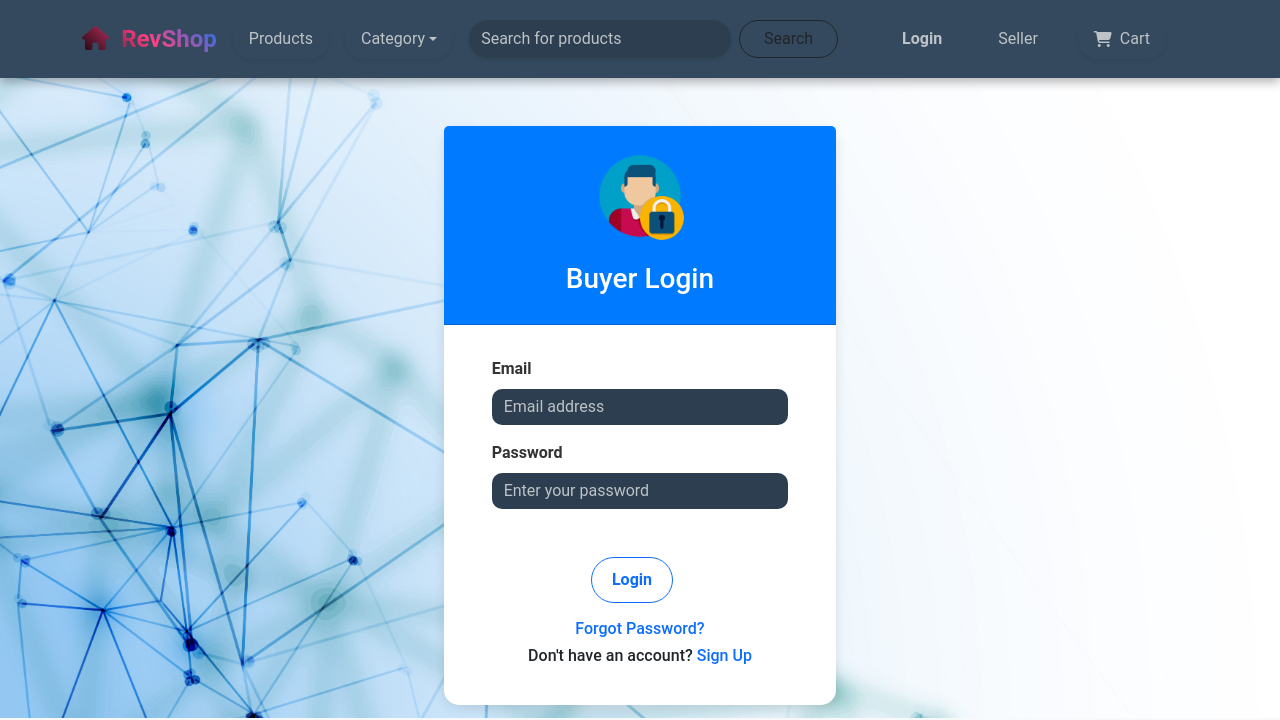
Repository: pratikp99/E-Commerce-Webapp-
Page: http://localhost/Revshop_WebApp/login.jsp
The author's editor kept a copy of each file at every save. The page is drawn from the files as they stood at one save, then again after the next save.
The browser window is 1280 px wide. The pictures show the whole page.
The page is served by Tomcat 10. Other server files are loaded and not shown. Queries for data that is not in the repository find no rows.

Above is the page before, as saved 2024-08-31 19:31:09.

### Revshop WebApp/src/main/webapp/login.jsp
<%@ page language="java" contentType="text/html; charset=ISO-8859-1" pageEncoding="ISO-8859-1"%>
<!DOCTYPE html>
<html lang="en">
<head>
    <meta charset="ISO-8859-1">
    <meta name="viewport" content="width=device-width, initial-scale=1, shrink-to-fit=no">
    <title>Buyer Login</title>
    <%@include file="Components/common_css_js.jsp"%>
    <link rel="stylesheet" href="CSS/styles2.css">
</head>
<body>
    <!--navbar -->
    <%@include file="Components/navbar.jsp"%>

    <div class="container-fluid">
        <div class="row mt-5">
            <div class="col-md-4 offset-md-4">
                <div class="card">
                    <div class="card-header px-5 text-center">
                        <img src="Images/login.png" style="max-width: 100px;" class="img-fluid">
                        <h3 class="text-center mt-3">Buyer Login</h3>
                        <%@include file="Components/alert_message.jsp"%>
                    </div>
                    <div class="card-body px-5">
                        <!--login-form-->
                        <form id="login-form" action="login" method="post">
                            <input type="hidden" name="login" value="user">

                            <div class="mb-3">
                                <label class="form-label">Email</label>
                                <input type="email" name="user_email" placeholder="Email address" class="form-control" required>
                            </div>
                            <div class="mb-2">
                                <label class="form-label">Password</label>
                                <input type="password" name="user_password" placeholder="Enter your password" class="form-control" required>
                            </div>

                            <div id="login-btn" class="container text-center mt-5">
                                <button type="submit" class="btn btn-outline-primary me-3">Login</button>
                            </div>
                        </form>

                        <div class="mt-3 text-center">
                            <h6><a href="forgot_password.jsp" style="text-decoration: none">Forgot Password?</a></h6>
                            <h6>
                                Don't have an account?<a href="register.jsp" style="text-decoration: none"> Sign Up</a>
                            </h6>
                        </div>
                    </div>
                </div>
            </div>
        </div>
    </div>
</body>
</html>

### Revshop WebApp/src/main/webapp/Components/common_css_js.jsp
<!--CSS-->
<link href="https://cdn.jsdelivr.net/npm/bootstrap@5.3.0/dist/css/bootstrap.min.css" rel="stylesheet" integrity="sha384-9ndCyUaIbzAi2FUVXJi0CjmCapSmO7SnpJef0486qhLnuZ2cdeRhO02iuK6FUUVM" crossorigin="anonymous">
<!--font awesome-->
<!--<link rel="stylesheet" href="https://cdnjs.cloudflare.com/ajax/libs/font-awesome/4.7.0/css/font-awesome.min.css">
-->
<link rel="stylesheet" href="https://cdnjs.cloudflare.com/ajax/libs/font-awesome/6.4.0/css/all.min.css">
<link rel="stylesheet" href="CSS/style.css"/>


<!--JavaScript-->
<script src="https://cdn.jsdelivr.net/npm/bootstrap@5.3.0/dist/js/bootstrap.bundle.min.js" integrity="sha384-geWF76RCwLtnZ8qwWowPQNguL3RmwHVBC9FhGdlKrxdiJJigb/j/68SIy3Te4Bkz" crossorigin="anonymous"></script>
<script src="JS/script.js"></script>

<!--jQuery-->
<script src="https://code.jquery.com/jquery-3.7.0.min.js" integrity="sha256-2Pmvv0kuTBOenSvLm6bvfBSSHrUJ+3A7x6P5Ebd07/g=" crossorigin="anonymous"></script>
<!--sweet alert-->
<script src="https://unpkg.com/sweetalert/dist/sweetalert.min.js"></script>
<script src="https://cdn.jsdelivr.net/npm/sweetalert2@11"></script>

### Revshop WebApp/src/main/webapp/Components/navbar.jsp
<%@page import="com.revature.ecom.DAO.categoryDAO"%>
<%@page import="com.revature.ecom.Models.adminModel"%>
<%@page import="com.revature.ecom.Models.cartModel"%>
<%@page import="com.revature.ecom.DAO.cartDAO"%>
<%@page import="com.revature.ecom.Models.userModel"%>
<%@page import="java.util.List"%>
<%@page import="com.revature.ecom.Models.categoryModel"%>
<%@page import="com.revature.ecom.Utils.DatabaseUtil"%>
<%@page import="com.revature.ecom.DAO.categoryDAO"%>
<%
userModel user = (userModel) session.getAttribute("activeUser");
adminModel admin = (adminModel) session.getAttribute("activeAdmin");

categoryDAO catDao = new categoryDAO(DatabaseUtil.getConnection());
List<categoryModel> categoryList = catDao.getAllCategories();
%>

<style>
/* General navbar styling */
.navbar {
    background-color: #34495e;
    padding: 1rem;
    box-shadow: 0px 4px 10px rgba(0, 0, 0, 0.3);
    max-height:15vh;
}

.navbar-brand {
    font-size: 1.6rem;
    font-weight: bold;
    color: #ecf0f1 !important;
}

.nav-link {
    color: #bdc3c7 !important;
    margin-right: 1rem;
    transition: color 0.3s, background-color 0.3s;
}

.nav-link:hover {
    color: #ecf0f1 !important;
    background-color: rgba(255, 255, 255, 0.1);
}

.navbar-toggler {
    border-color: #ecf0f1;
}

.navbar-toggler-icon {
    background-image: url("data:[embedded picture, 217 characters]");
}

.dropdown-menu {
    background-color: #2c3e50 !important;
    border: none;
}

.dropdown-item {
    color: #bdc3c7 !important;
    transition: background-color 0.3s, color 0.3s;
}

.dropdown-item:hover {
    background-color: #34495e !important;
    color: #ecf0f1 !important;
}

.badge {
    font-size: 0.75rem;
    background-color: #e74c3c;
}

/* Button styling */
.btn-outline-light {
    color: #bdc3c7;
    border-color: #bdc3c7;
    transition: color 0.3s, border-color 0.3s;
}

.btn-outline-light:hover {
    color: #ecf0f1;
    border-color: #ecf0f1;
}

/* Flexbox alignment */
.navbar-nav {
    display: flex;
    align-items: center;
}

.navbar-nav .nav-item {
    margin-right: 0rem;
}

.form-control {
    background-color: #2c3e50 !important;
    border: none;
    color: #ecf0f1;
    margin-right: 0.5rem;
}

.form-control::placeholder {
    color: #bdc3c7;
}

.form-control:focus {
    box-shadow: none;
    border-color: #ecf0f1;
}

@media (max-width: 992px) {
    .navbar-collapse {
        flex-direction: column;
    }

    .navbar-nav {
        flex-direction: column;
        width: 100%;
    }

    .navbar-nav .nav-item {
        margin-right: 0;
        margin-bottom: 1rem;
    }

    .form-control {
        margin-bottom: 1rem;
        width: 100%;
    }
}

/* Specific logo styles */
.navbar-nav .register-link {
    background-image: url('path/to/register-icon.png');
    background-repeat: no-repeat;
    background-position: left center;
    padding-left: 30px; /* Adjust based on the size of the icon */
}

.navbar-nav .buyer-link {
    background-image: url('path/to/buyer-icon.png');
    background-repeat: no-repeat;
    background-position: left center;
    padding-left: 30px; /* Adjust based on the size of the icon */
}

.navbar-nav .seller-link {
    background-image: url('path/to/seller-icon.png');
    background-repeat: no-repeat;
    background-position: left center;
    padding-left: 30px; /* Adjust based on the size of the icon */
}
</style>

<nav class="navbar navbar-expand-lg navbar-dark">
    <div class="container">
        <a class="navbar-brand" href="index.jsp" style="font-weight: bold; font-size: 1.5rem; background: linear-gradient(45deg, #000000, #ff4081, #007bff); -webkit-background-clip: text; -webkit-text-fill-color: transparent;">
    <i class="fa-sharp fa-solid fa-house"></i>&ensp;RevShop
</a>

        <button class="navbar-toggler" type="button" data-bs-toggle="collapse" data-bs-target="#navbarSupportedContent"
            aria-controls="navbarSupportedContent" aria-expanded="false" aria-label="Toggle navigation">
            <span class="navbar-toggler-icon"></span>
        </button>
        <div class="collapse navbar-collapse" id="navbarSupportedContent">
            <% if (admin != null) { %>
            <!-- Admin nav bar -->
            <ul class="navbar-nav me-auto mb-2 mb-lg-0">
    <li class="nav-item">
        <button type="button" class="btn btn-dark nav-link d-flex align-items-center rounded-pill px-3 py-2 shadow-sm" data-bs-toggle="modal" data-bs-target="#add-category">
            <i class="fa-solid fa-plus fa-xs me-2"></i>Add Category
        </button>
    </li>
    <li class="nav-item">
        <button type="button" class="btn btn-secondary nav-link d-flex align-items-center rounded-pill px-3 py-2 shadow-sm" data-bs-toggle="modal" data-bs-target="#add-product">
            <i class="fa-solid fa-plus fa-xs me-2"></i>Add Product
        </button>
    </li>
</ul>
<ul class="navbar-nav ms-auto">
    <li class="nav-item">
        <a class="nav-link text-info fw-light d-flex align-items-center" href="admin.jsp">
            <i class="fa-solid fa-user-circle fa-lg me-2"></i><%=admin.getName()%>
        </a>
    </li>
    <li class="nav-item">
        <a class="nav-link text-danger fw-light d-flex align-items-center" href="logout?user=admin">
            <i class="fa-solid fa-sign-out-alt fa-lg me-2"></i>Logout
        </a>
    </li>
</ul>


            <% } else { %>
            <!-- General nav bar -->
            <!-- Navigation items for products and category -->
<ul class="navbar-nav me-auto mb-2 mb-lg-0">
    <li class="nav-item">
        <a class="nav-link text-dark rounded-pill px-3 py-2 shadow-sm d-flex align-items-center" href="products.jsp" role="button" aria-expanded="false">
            Products
        </a>
    </li>
    <li class="nav-item dropdown">
        <a class="nav-link dropdown-toggle text-dark rounded-pill px-3 py-2 shadow-sm d-flex align-items-center" href="#" role="button" data-bs-toggle="dropdown" aria-expanded="false">
            Category
        </a>
        <ul class="dropdown-menu">
            <li><a class="dropdown-item" href="products.jsp?category=0">All Products</a></li>
            <% for (categoryModel c : categoryList) { %>
            <li><a class="dropdown-item" href="products.jsp?category=<%=c.getCategoryId()%>"><%=c.getCategoryName()%></a></li>
            <% } %>
        </ul>
    </li>
</ul>

<!-- Search form -->
<form class="d-flex pe-5" role="search" action="products.jsp" method="get">
    <input name="search" class="form-control me-2 rounded-pill border-0 shadow-sm" size="50" type="search" placeholder="Search for products" aria-label="Search">
    <button class="btn btn-outline-dark rounded-pill px-4" type="submit">Search</button>
</form>

<!-- User actions for logged-in users -->
<% if (user != null) {
    cartDAO cartDao = new cartDAO(DatabaseUtil.getConnection());
    int cartCount = cartDao.getCartCountByUserId(user.getUserId());
%>
<ul class="navbar-nav ms-auto">
    <li class="nav-item pe-3">
        <a class="nav-link position-relative d-flex align-items-center rounded-pill px-3 py-2 shadow-sm" href="cart.jsp">
            <i class="fa-solid fa-cart-shopping me-2"></i> Cart
            <span class="position-absolute top-0 start-100 translate-middle badge rounded-pill bg-danger"><%=cartCount%></span>
        </a>
    </li>
    <li class="nav-item pe-3">
        <a class="nav-link text-dark rounded-pill px-3 py-2 shadow-sm d-flex align-items-center" href="profile.jsp">
            <i class="fa-solid fa-user me-2"></i><%=user.getUserName()%>
        </a>
    </li>
    <li class="nav-item pe-3">
        <a class="nav-link text-danger rounded-pill px-3 py-2 shadow-sm d-flex align-items-center" href="logout?user=user">
            <i class="fa-solid fa-sign-out-alt me-2"></i> Logout
        </a>
    </li>
</ul>
<% } else { %>
<!-- User actions for guests -->
<ul class="navbar-nav ms-auto">
    <li class="nav-item pe-2">
        <a class="nav-link btn btn-outline-primary rounded-pill px-3 py-2" href="login.jsp">Login</a>
    </li>
    <li class="nav-item pe-2">
        <a class="nav-link btn btn-outline-success rounded-pill px-3 py-2" href="adminlogin.jsp">Seller</a>
    </li>
    <li class="nav-item pe-3">
        <a class="nav-link position-relative d-flex align-items-center rounded-pill px-3 py-2 shadow-sm" href="cart.jsp">
            <i class="fa-solid fa-cart-shopping me-2"></i> Cart
            <span class="position-absolute top-0 start-100 translate-middle badge rounded-pill bg-danger"></span>
        </a>
    </li>
</ul>
<% } %>


            <% } %>
        </div>
    </div>
</nav>

### Revshop WebApp/src/main/webapp/Components/alert_message.jsp
<%@page import="com.revature.ecom.Models.messageModel"%>
<%
messageModel messg = (messageModel) session.getAttribute("message");
if (messg != null) {
%>
<div class="alert <%=messg.getCssClass()%>" role="alert" id="alert">
	<%=messg.getMessage()%>
</div>
<%
session.removeAttribute("message");
}
%>
<script type="text/javascript">
	setTimeout(function() {
		$('#alert').alert('close');
	}, 3000);
</script>

### Revshop WebApp/src/main/java/com/revature/ecom/DAO/categoryDAO.java
package com.revature.ecom.DAO;
import com.revature.ecom.Models.categoryModel;

import java.sql.Connection;
import java.sql.PreparedStatement;
import java.sql.ResultSet;
import java.sql.SQLException;
import java.sql.Statement;
import java.util.ArrayList;
import java.util.List;

public class categoryDAO {
	private Connection con;

	public categoryDAO(Connection con) {
		super();
		this.con = con;
	}

	public boolean saveCategory(categoryModel category) {
		boolean flag = false;

		try {
			String query = "insert into category(name, image) values(?, ?)";
			PreparedStatement psmt = this.con.prepareStatement(query);
			psmt.setString(1, category.getCategoryName());
			psmt.setString(2, category.getCategoryImage());

			psmt.executeUpdate();
			flag = true;

		} catch (SQLException e) {
			e.printStackTrace();
		}
		return flag;
	}

	public List<categoryModel> getAllCategories() {

		List<categoryModel> list = new ArrayList<>();
		try {

			String query = "select * from category";
			Statement statement = this.con.createStatement();

			ResultSet rs = statement.executeQuery(query);
			while (rs.next()) {
				categoryModel category = new categoryModel();
				category.setCategoryId(rs.getInt("cid"));
				category.setCategoryName(rs.getString("name"));
				category.setCategoryImage(rs.getString("image"));

				list.add(category);
			}
		} catch (Exception e) {
			e.printStackTrace();
		}

		return list;
	}
	public categoryModel getCategoryById(int cid) {
		categoryModel category = new categoryModel();
		try {
			String query = "select * from category where cid = ?";
			PreparedStatement psmt = this.con.prepareStatement(query);
			psmt.setInt(1, cid);
			ResultSet rs = psmt.executeQuery();
			while (rs.next()) {
				category.setCategoryId(rs.getInt("cid"));
				category.setCategoryName(rs.getString("name"));
				category.setCategoryImage(rs.getString("image"));
			}
		} catch (Exception e) {
			e.printStackTrace();
		}
		return category;
	}
	public String getCategoryName(int catId) {
		String category = "";
		try {
			String query = "select * from category where cid = ?";
			PreparedStatement psmt = this.con.prepareStatement(query);
			psmt.setInt(1, catId);
			ResultSet rs = psmt.executeQuery();
			while (rs.next()) {
				category = rs.getString("name");
			}

		} catch (Exception e) {
			e.printStackTrace();
		}
		return category;
	}

	public void updateCategory(categoryModel cat) {
		try {
			String query = "update category set name=?, image=? where cid=?";
			PreparedStatement psmt = this.con.prepareStatement(query);
			psmt.setString(1, cat.getCategoryName());
			psmt.setString(2, cat.getCategoryImage());
			psmt.setInt(3, cat.getCategoryId());

			psmt.executeUpdate();
		} catch (Exception e) {
			e.printStackTrace();
		}
	}

	public void deleteCategory(int cid) {
		try {
			String query = "delete from category where cid = ?";
			PreparedStatement psmt = this.con.prepareStatement(query);
			psmt.setInt(1, cid);

			psmt.executeUpdate();

		} catch (Exception e) {
			e.printStackTrace();
		}
	}
	public int categoryCount() {
		int count = 0;
		try {
			String query = "select count(*) from category";
			Statement stmt = con.createStatement();
			ResultSet rs = stmt.executeQuery(query);
			rs.next();
			count = rs.getInt(1);
		} catch (Exception e) {
			e.printStackTrace();
		}
		return count;
	}
}

### Revshop WebApp/src/main/java/com/revature/ecom/Utils/DatabaseUtil.java
package com.revature.ecom.Utils;

import java.io.IOException;
import java.io.InputStream;
import java.sql.Connection;
import java.sql.DriverManager;
import java.sql.SQLException;
import java.util.Properties;

public class DatabaseUtil {
    private static Connection conn;

    public static Connection getConnection() throws ClassNotFoundException {
        if (conn == null) {
            try {
                Properties props = new Properties();
                InputStream inputStream = DatabaseUtil.class.getClassLoader().getResourceAsStream("utils.properties");
                props.load(inputStream);

                String url = props.getProperty("db.url");
                String username = props.getProperty("db.username");
                String password = props.getProperty("db.password");

                try {
                    Class.forName("com.mysql.cj.jdbc.Driver");
                } catch (ClassNotFoundException e) {
                    throw new RuntimeException("Error loading MySQL JDBC driver", e);
                }

                conn = DriverManager.getConnection(url, username, password);
            } catch (IOException | SQLException e) {
                throw new RuntimeException("Error establishing database connection", e);
            }
        }
        return conn;
    }
}

### Revshop WebApp/src/main/webapp/CSS/style.css
/* General Body and Typography */
body {
    font-family: 'Segoe UI', Arial,Tahoma, Geneva, Verdana, sans-serif;
    color: #343a40;
    margin: 0;
    padding: 0;

}

/* Container */
.container-fluid {
    max-width: 100%;
    padding-left: 15px;
    padding-right: 15px;
    margin: 0 auto;
}

/* Row */
.row {
    margin-left: 0;
    margin-right: 0;
}

/* Columns */
.col {
    padding-left: 0;
    padding-right: 0;
}

/* Product Card */
.product-card {
    border: none;
    border-radius: 10px;
    background-color: #fff;
    transition: transform 0.3s, box-shadow 0.3s;
}

.product-card:hover {
    transform: translateY(-5px);
    box-shadow: 0 8px 20px rgba(0, 0, 0, 0.15);
}

/* Product Image */
.product-image {
    border-radius: 10px 10px 0 0;
    object-fit: cover;
    width: 100%;
    height: 250px;
}

/* Wishlist Icon */
.wishlist-icon {
    position: absolute;
    top: 15px;
    right: 15px;
    width: 40px;
    height: 40px;
    border-radius: 50%;
    background-color: rgba(255, 255, 255, 0.9);
    display: flex;
    align-items: center;
    justify-content: center;
    box-shadow: 0 2px 8px rgba(0, 0, 0, 0.1);
    cursor: pointer;
}

/* Product Text */
.card-title {
    font-size: 1.2rem;
    font-weight: bold;
    color: #333;
    margin-bottom: 10px;
}

.real-price {
    font-size: 1.5rem;
    font-weight: 700;
    color: #e73570;
}

.product-price {
    font-size: 1.1rem;
    text-decoration: line-through;
    color: #6c757d;
}

.product-discount {
    font-size: 1rem;
    color: #28a745;
    font-weight: 600;
}

.product-description {
    font-size: 0.9rem;
    color: #555;
}

/* Buttons */
.btn-primary {
    background-color: #ff4081;
    border-color: #ff4081;
    transition: background-color 0.3s ease;
}

.btn-primary:hover {
    background-color: #e73570;
    border-color: #e73570;
}

.btn-block {
    display: block;
    width: 100%;
}

/* Utility classes */
.m-0 {
    margin: 0 !important;
}

.p-0 {
    padding: 0 !important;
}

/* Additional Styles for Improved Layout */
.bg-light {
    background-color: #f8f9fa;
}

### Revshop WebApp/src/main/webapp/CSS/styles2.css
body {
    background: #f8f9fa;
    font-family: 'Roboto', sans-serif;
    background-image: url('Images/background.jpg'); /* Path to your background image */
    background-size: cover; /* Cover the entire page */
    background-repeat: no-repeat; /* Prevent image from repeating */
    background-position: center; /* Center the image */
}

.card {
    border: none;
    border-radius: 15px;
    box-shadow: 0px 4px 12px rgba(0, 0, 0, 0.1);
}

.card-header {
    background-color: #007bff;
    color: #fff;
    border-top-left-radius: 15px;
    border-top-right-radius: 15px;
    padding: 20px 0;
}

.card-header h3 {
    margin-top: 15px;
}

.card-body {
    padding: 2rem;
}

.form-label {
    font-weight: bold;
    color: #333;
}

.form-control {
    border-radius: 10px;
}

.btn-outline-primary {
    border-radius: 25px;
    padding: 10px 20px;
    font-weight: bold;
}

.btn-outline-primary:hover {
    background-color: #007bff;
    color: #fff;
}

Loaded but not shown: Revshop WebApp/src/main/webapp/JS/script.js (common file)

After the next save:
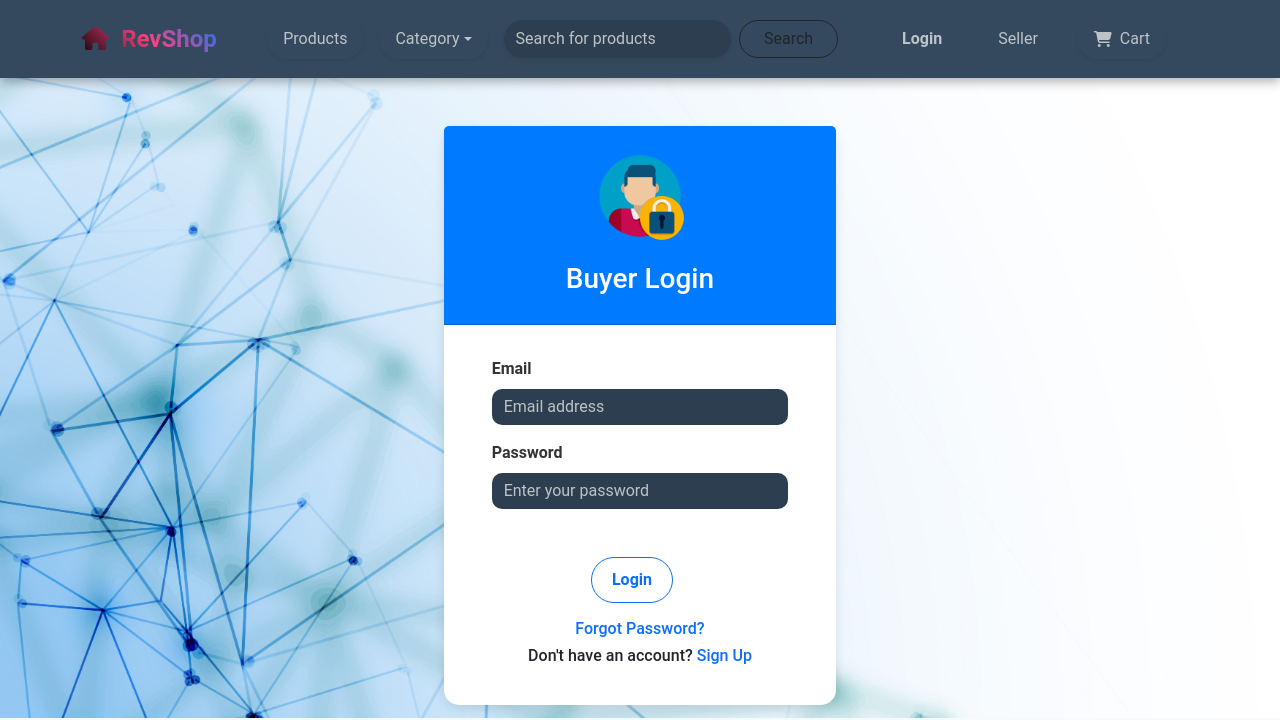
Saved 5 min 24 s later.
--- a/Revshop WebApp/src/main/webapp/Components/navbar.jsp
+++ b/Revshop WebApp/src/main/webapp/Components/navbar.jsp
@@ -153,7 +153,7 @@ List<categoryModel> categoryList = catDao.getAllCategories();
 
 <nav class="navbar navbar-expand-lg navbar-dark">
     <div class="container">
-        <a class="navbar-brand" href="index.jsp" style="font-weight: bold; font-size: 1.5rem; background: linear-gradient(45deg, #000000, #ff4081, #007bff); -webkit-background-clip: text; -webkit-text-fill-color: transparent;">
+        <a class="navbar-brand" href="index.jsp" style="font-weight: bold; font-size: 1.5rem; margin-right:7vh; background: linear-gradient(45deg, #000000, #ff4081, #007bff); -webkit-background-clip: text; -webkit-text-fill-color: transparent;">
     <i class="fa-sharp fa-solid fa-house"></i>&ensp;RevShop
 </a>
 
